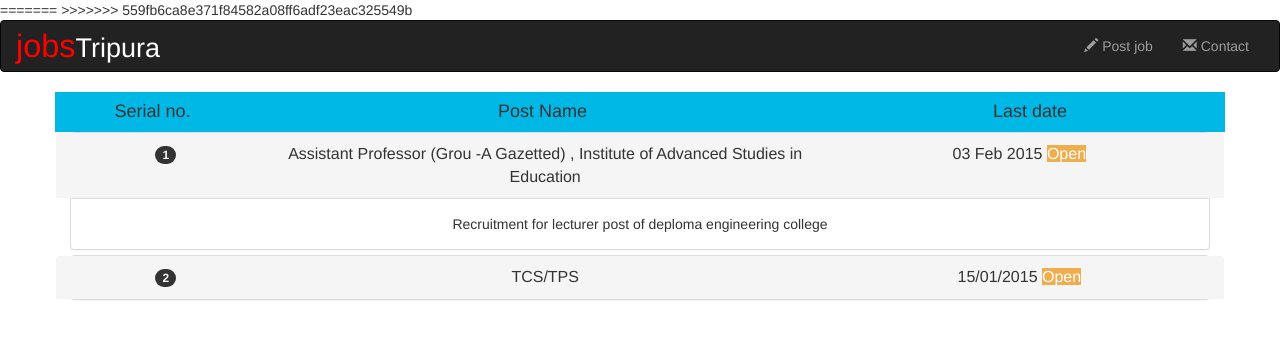
Repository: jobstripura/jobstripura.github.io
Page: index.html
The author's editor kept a record of every edit. The page is drawn from the files as they stood at one moment, then again after the next edit.
The browser window is 1280 px wide. The pictures show the whole page.
Some web libraries are served in a nearby version.

Above is the page before.

After the next edit:
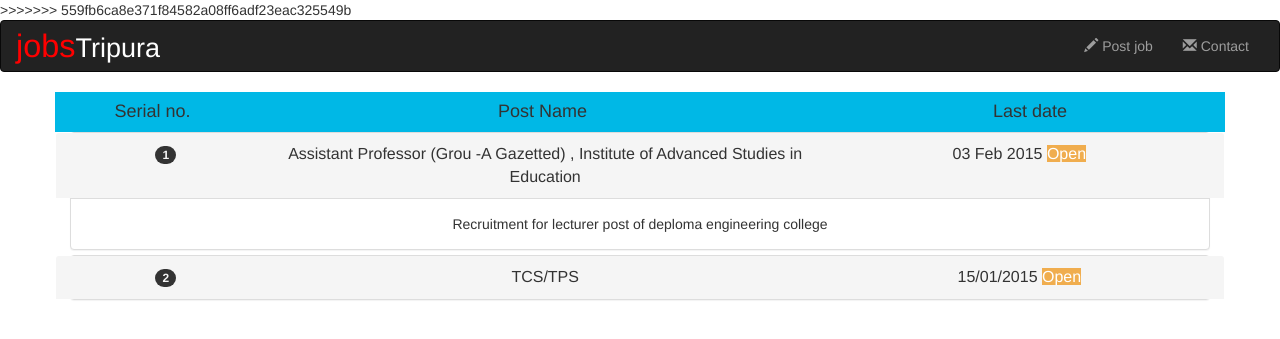
The edit:
--- a/index.html
+++ b/index.html
@@ -3,7 +3,7 @@
 <head>
 
   <title>jobsTripura: Online job portal of Tripura</title>
-=======
+
   <title>Online job portal of Tripura</title>
 >>>>>>> 559fb6ca8e371f84582a08ff6adf23eac325549b
   <meta charset="utf-8">
